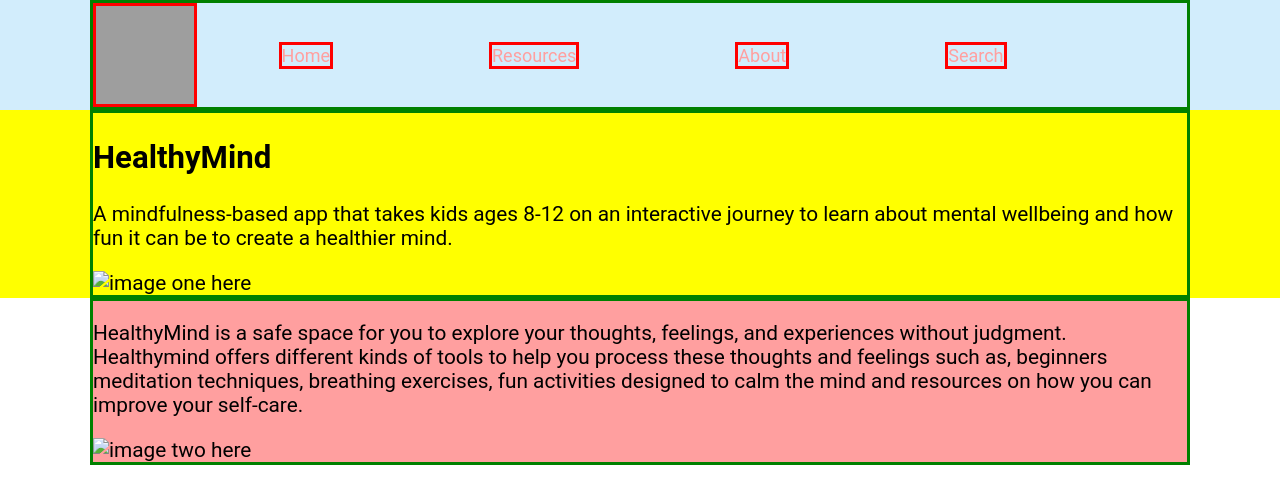
Repository: Nafisa-Huda/HealthierMind
Page: public/index.html
These files come from the project's save history. The page is drawn as it stood at one moment and after a run of saves; the edit follows.
The browser window is 1280 px wide. The pictures show the whole page.
Pictures or frames that could not be fetched are drawn as grey boxes.

Above is the page before, as saved 2022-07-11 15:44:37.

After the next 3 saves:
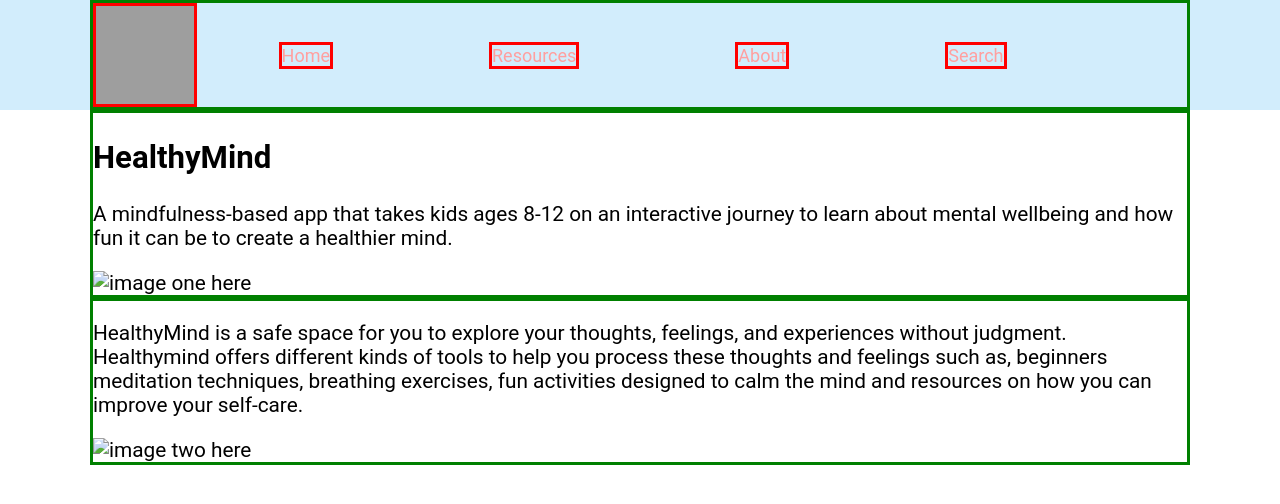
The 3 saves are shown as one change because they came seconds apart.
The last was saved 57 s later.
--- a/public/style.css
+++ b/public/style.css
@@ -24,17 +24,8 @@ img {
     border: 3px green solid;
 
 }
-.main {
-  width: 100%;
-  height: 50%;
-}
-.hero{
-  background-color: yellow;
-}
-main{
-  background-color: #FF9F9F;
-  width: 100%;
-}
+
+
 
 .row {
     display: flex;
